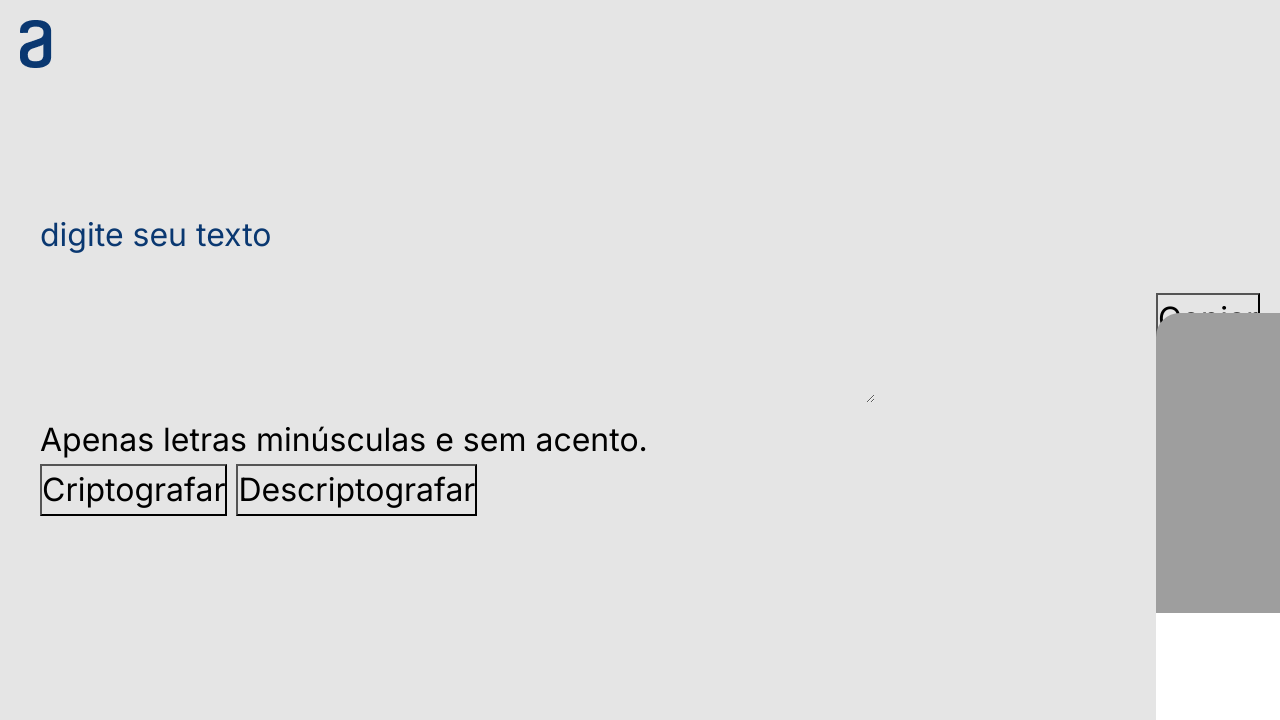
Repository: guilhermecardoso93/decodificador-texto
Page: index.html
The author's editor kept a copy of each file at every save. The page is drawn from the files as they stood at one save, then again after the next save.
The browser window is 1280 px wide. The pictures show the whole page.
Pictures or frames that could not be fetched are drawn as grey boxes.

Above is the page before, as saved 2024-02-28 19:21:27.

### index.html
<!DOCTYPE html>
<html lang="pt-BR">
  <head>
    <meta charset="UTF-8" />
    <meta name="viewport" content="width=device-width, initial-scale=1.0" />
    <link rel="preconnect" href="https://fonts.googleapis.com" />
    <link rel="preconnect" href="https://fonts.gstatic.com" crossorigin />
    <link
      href="https://fonts.googleapis.com/css2?family=Inter:wght@400;500;600;700&display=swap"
      rel="stylesheet"
    />
    <link rel="stylesheet" href="style.css" />
    <title>Desafio - Encriptador</title>
  </head>
  <body>
    <header>
      <img src="./assets/logo.png" alt="Logo Alura" class="'logo-alura" />
    </header>

    <main>
      <section>
        <textarea
          class="text-area"
          cols="41"
          rows="4"
          placeholder="Digite seu texto"
        ></textarea>
        <div class="informaçao">
          <h6>Apenas letras minúsculas e sem acento.</h6>
        </div>
        <div class="botoes">
          <button class="btn-encriptor">Criptografar</button>
          <button class="btn-descriptor">Descriptografar</button>
        </div>
      </section>

      <section>
        <textarea class="mensagem" cols="20" rows="10"></textarea>
        <button class="btn-copiar">Copiar</button>
      </section>
    </main>
  </body>
</html>

### style.css
* {
  margin: 0;
  padding: 0;
  box-sizing: border-box;
  background-color: #e5e5e5;
  font-family: "Inter", sans-serif;
  font-weight: 400;
  font-size: 32px;
  line-height: 150%;
}

.logo-alura {
  margi-left: 10px;
  padding-top: 10px;
  width: 2%;
}

header {
  padding: 20px;
}

main {
  display: flex;
  align-items: center;
  justify-content: space-between;
  margin-left: 20px;
  padding: 20px;
}

.text-area {
  border: none;
  color: #0a3871;
  text-transform: lowercase;
  margin-top: 90px;
}

::placeholder {
  color: #0a3871;
}

.text-area:focus {
  outline: none;
}

.mensagem {
  background-color: white;
  background-image: url('/assets/boneco.png');
  background-repeat: no-repeat;
  border: none;
  border-radius: 24px;
  color: #0a3871;
  //margin-left: 98px;
  margin-top: 20px;
  padding-left: 20px;
  position: fixed;
}

.mensagem:focus {
  outline: none;
}

After the next save:
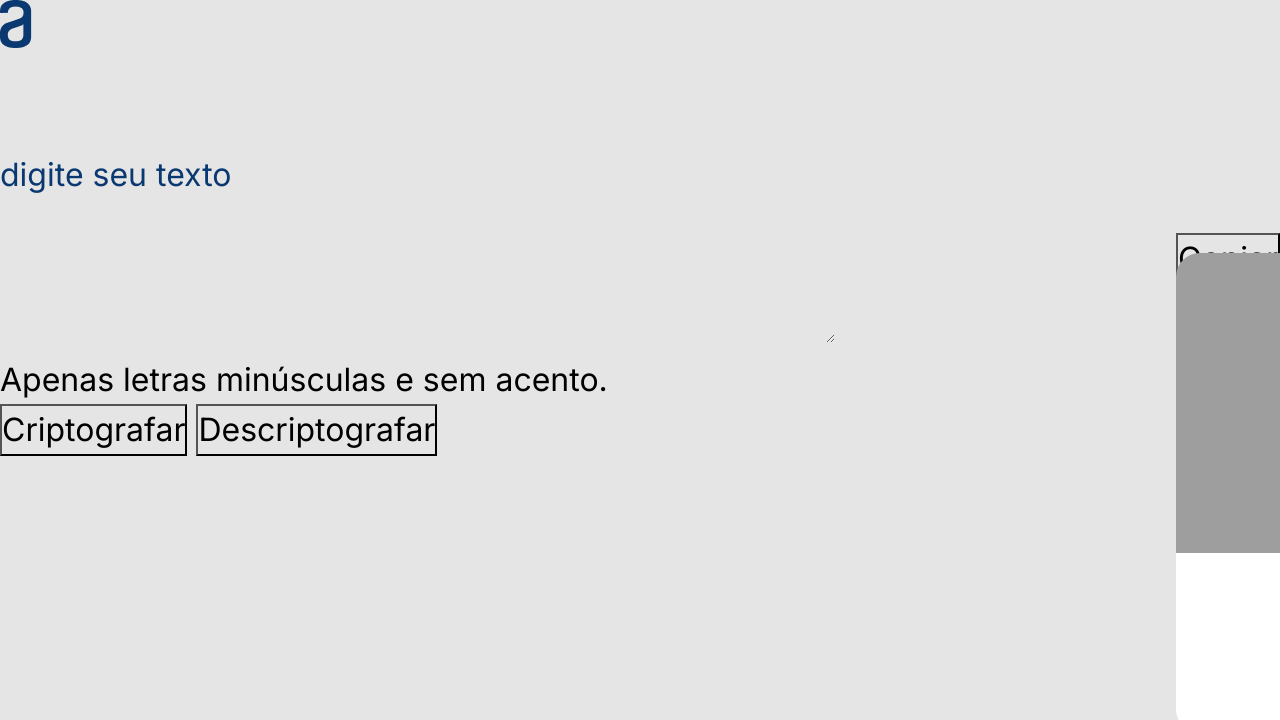
Saved 14 s later.
--- a/style.css
+++ b/style.css
@@ -16,15 +16,15 @@
 }
 
 header {
-  padding: 20px;
+  //padding: 20px;
 }
 
 main {
   display: flex;
   align-items: center;
   justify-content: space-between;
-  margin-left: 20px;
-  padding: 20px;
+  //margin-left: 20px;
+  //padding: 20px;
 }
 
 .text-area {
